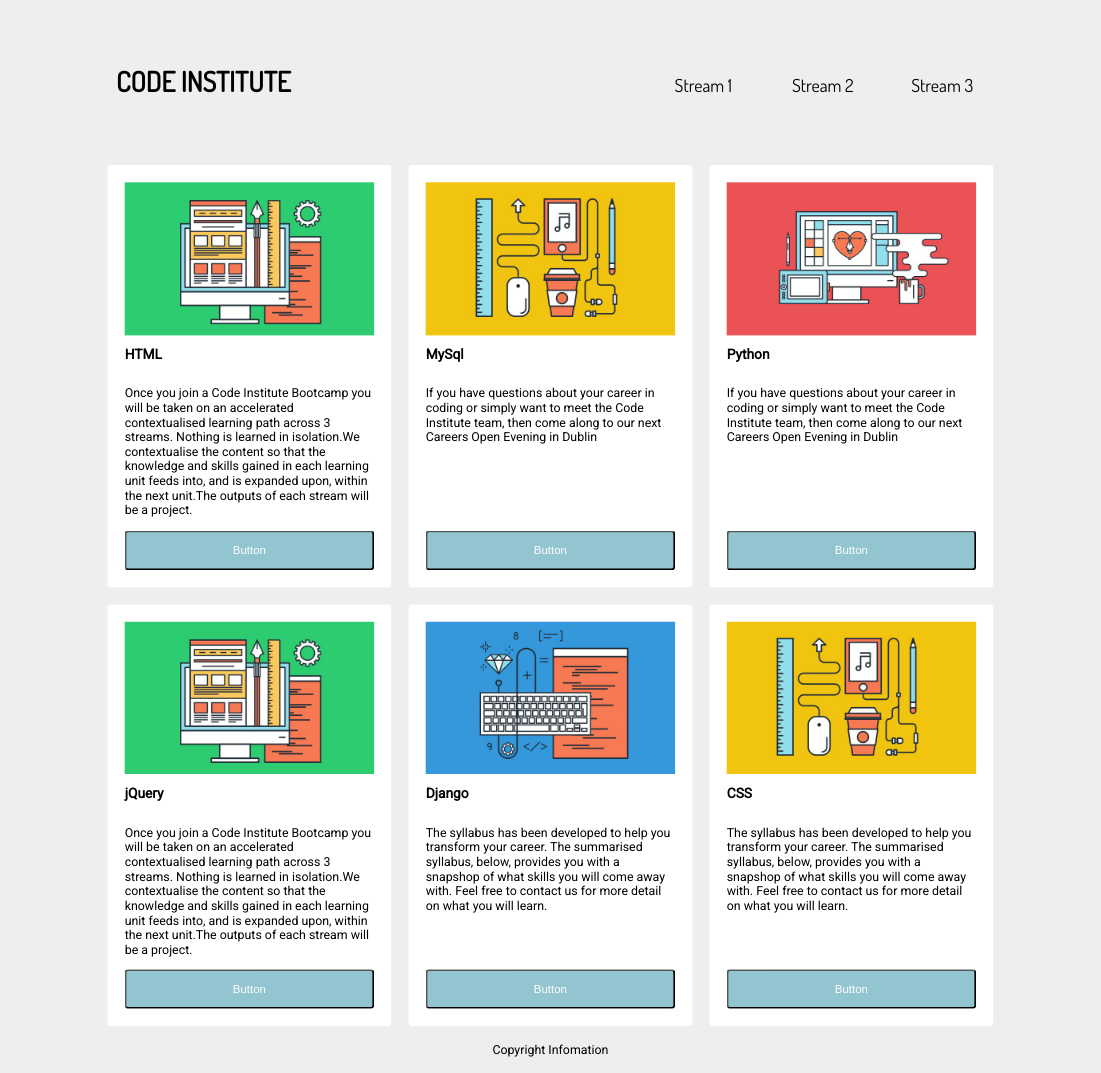
Repository: LivHed/jquery-events
Page: Cards-jquery.html
The author's editor kept a record of every edit. The page is drawn from the files as they stood at one moment, then again after the next edit.
The browser window is 1280 px wide. The pictures show the whole page, at 86% of full size.
Some web libraries are served in a nearby version.

Above is the page before.
Console error: SyntaxError: Unexpected token '*'

### Cards-jquery.html
<!doctype html>
<html>
<head>
	<meta charset="utf-8" />
	<meta name="viewport" content="width=device-width, initial-scale=1">
	<title>jQuery</title>
	<link href="css/style.css" rel="stylesheet">
	<link href='https://fonts.googleapis.com/css?family=Roboto' rel='stylesheet' type='text/css'>
	<link href='https://fonts.googleapis.com/css?family=Dosis' rel='stylesheet' type='text/css'>
</head>
<body>
	<div id="container">
		<nav>
			<ul>
				<li id="logoNav">CODE INSTITUTE</li>
				<li id="stream1_btn">Stream 1</li>
				<li id="stream2_btn">Stream 2</li>
				<li id="stream3_btn">Stream 3</li>
			</ul>
		</nav>
		<div class="card stream1">
			<img class="card_image"src="img/3.png">
			<div class="card_bottom">
				<h2 id="hr_html"class="card_head" >HTML</h2>
				<p class="card_para" id="paragraph1">Once you join a Code Institute Bootcamp you will be taken on an accelerated contextualised learning path across 3 streams. Nothing is learned in isolation.We contextualise the content so that the knowledge and skills gained in each learning unit feeds into, and is expanded upon, within the next unit.The outputs of each stream will be a project.
				</p>
				<button class="bottom_button" id="effect_button1">Button</button>
			</div>
		</div>
		<div class="card stream3">
			<img class="card_image "src="img/1.png">
			<h2  id="hr_mysql"class="card_head">MySql</h2>
			<p class="card_para" id="paragraph2">If you have questions about your career in coding or simply want to meet the Code Institute team, then come along to our next Careers Open Evening in Dublin</p>
			<button class="bottom_button" id="effect_button2">Button</button>
		</div>

		<div class="card stream2">
			<img class="card_image "src="img/2.png">
			<h2 id="hr_python" class="card_head">Python</h2>
			<p class="card_para" id="paragraph3">If you have questions about your career in coding or simply want to meet the Code Institute team, then come along to our next Careers Open Evening in Dublin</p>
			<button class="bottom_button" id="effect_button3">Button</button>
		</div>
		<div class="card stream1">
			<img class="card_image"src="img/3.png">
			<div class="card_bottom">
				<h2 id="hr_jquery" class="card_head">jQuery</h2>
				<p class="card_para" id="paragraph4">Once you join a Code Institute Bootcamp you will be taken on an accelerated contextualised learning path across 3 streams. Nothing is learned in isolation.We contextualise the content so that the knowledge and skills gained in each learning unit feeds into, and is expanded upon, within the next unit.The outputs of each stream will be a project. </p>
				<button class="bottom_button" id="effect_button4">Button</button>
			</div>
		</div>
		<div class="card stream3">
			<img class="card_image"src="img/4.png">
			<h2 id="hr_django" class="card_head">Django</h2>
			<p class="card_para" id="paragraph5">The syllabus has been developed to help you transform your career. The summarised syllabus, below, provides you with a snapshop of what skills you will come away with. Feel free to contact us for more detail on what you will learn.</p>
			<button class="bottom_button" id="effect_button5">Button</button>
		</div>
		<div class="card stream1">
			<img class="card_image"src="img/1.png">
			<h2 id="hr_css"class="card_head">CSS</h2>
			<p class="card_para">The syllabus has been developed to help you transform your career. The summarised syllabus, below, provides you with a snapshop of what skills you will come away with. Feel free to contact us for more detail on what you will learn.</p>
			<button class="bottom_button" id="effect_button6">Button</button>
		</div>
		<div id="my_footer">
			<p id="copyright">Copyright Infomation</p>
		</div>
	</div>
	<script
	src="https://code.jquery.com/jquery-3.2.1.js"
	integrity="sha256-DZAnKJ/6XZ9si04Hgrsxu/8s717jcIzLy3oi35EouyE="
	crossorigin="anonymous"></script>

	<script src="script.js"></script> <!-- Scripts located at the bottom of the body to insure page is fully loaded before execution -->

</body>
</html>

### style.css
body{
	font-family: 'Roboto', sans-serif;
	/*background-image: url(img/code-institute.jpg);
 	background-size: cover;
 	color: #ffffff;*/
 	background-color: #eee;
}

h1{
	font-size: 3em;
	text-align: center;
}
h2{
	font-size: 1em;
	text-align: left;
}
p{
	font-size: .9rem;
}

div{
	border-radius: 4px;
}

.card_image{
	width: 100%;
}
.bottom_button{
	display: flex;
	box-sizing:border-box;
	border-radius: 4px;
	display: block;
	width: 100%;
	background-color:rgba(129, 187, 201,.85);
	text-align: center;
	padding: 1em .75em;
	text-decoration: none;
	color: #fff;

}

.card_bottom{
	display: flex;
	flex-flow:column;
}
.card_head{
	flex:0;
}
.card_para{
	flex:1 0 auto;
}

#container
{
	display: flex;		/* makes container a flexbox*/
	flex-flow: row wrap; 	/* layout the boxes in rows and wrap them*/
	box-sizing:border-box;
	margin-right:auto;
	margin-left:auto;
	max-width:1050px;
}
#logo{
	width: 800px;
	margin: auto;
}

.card{
	flex:1; /* */
	display: flex;	/* make the contents controllable by flexbox*/
	flex-flow:column;	/* */
	min-width: 240px; /**/
	margin: 10px;
	padding: 20px;
	background-color: #fff;
}
.highlight_stream{
	background-color: #EB5255;
}

#my_footer{
	width:100%;
	text-align: center;
}
#copyright{
	margin-top:10px;
	margin-bottom:10px;

}

/*************************
Navigation

**************************/

nav{
	font-family: roboto;
	background-color: #eee;
	margin: 30px auto;
	width: 100%;
}
ul{
	display: flex;
	justify-content:space-between;
	flex-flow: row;
	/*flex-flow: row-reverse;*/
	/*justify-content:flex-end;*/
	/*justify-content:space-around;*/
	/*align-items:flex-start;*/
	align-items:baseline;
	border-radius: 10px;
	list-style-type: none; /*Remove Bullets*/
	padding: 0;
}
li{
	flex:1;
	height: 30px;
	/*width:10%;*/
	/*border:2px solid #000;*/
	/*background-color: #81BBC9;*/
	/*border-radius: 10px;*/
	font-family: Dosis;
	padding:20px 20px 20px 20px;
	text-align: center;
	font-size: 1.3em;
}

#logoNav{
	flex:6;
	text-align: left;
	font-size: 2em;
	font-weight: bold;
}

.underline{
  text-decoration:underline;
}
.border{
  border: solid 5px #ccc;
}


@media screen and (max-width: 700px){
	ul{
		flex-flow: column;
		align-items:center;
	}
	li{
		font-size: 2em;
	}
}

### script.js
//waits until page is loaded first
 $(document).ready(function(){

   //applies colour red to paragraphs when clicked on
    $("p").click(function(){
        $("p").addClass("highlight_text");
    });

    //will add lightblue to h2 elements
    $("h2").hover(function(){
        $("h2").addClass( "h2_color");
    }); */

/*paragraphs hiding when clicking on the button ,and then show when clicking on the button again*/
    $("#effect_button1").on("click", function() {
 		 $('#paragraph1').slideToggle('1000');
   });
    $("#effect_button2").click(function(){
        $('#paragraph2').slideToggle('1000');
    });
    $("#effect_button3").click(function(){
        $('#paragraph3').slideToggle('1000');
    });
    $("#effect_button4").click(function(){
        $('#paragraph4').slideToggle('1000');
    });
    $("#effect_button5").click(function(){
        $('#paragraph5').slideToggle('1000');
    });
    $("#effect_button6").click(function(){
        $('#paragraph6').slideToggle('1000');
    });

/*fadeTo effect when hovering over the button */

     $("#effect_button1").mouseenter(function(){
        $('#effect_button1').fadeTo(1000, 0.5);
    });
    $("#effect_button1").mouseleave(function(){
        $('#effect_button1').fadeTo(1000, 1);
    });

    $("#effect_button2").mouseenter(function(){
        $('#effect_button2').fadeTo(1000, 0.5);
    });
    $("#effect_button2").mouseleave(function(){
        $('#effect_button2').fadeTo(1000, 1);
    });

    $("#effect_button3").mouseenter(function(){
        $('#effect_button3').fadeTo(1000, 0.5);
    });
    $("#effect_button3").mouseleave(function(){
        $('#effect_button3').fadeTo(1000, 1);
    });

    $("#effect_button4").mouseenter(function(){
        $('#effect_button4').fadeTo(1000, 0.5);
    });
    $("#effect_button4").mouseleave(function(){
        $('#effect_button4').fadeTo(1000, 1);
    });

    $("#effect_button5").mouseenter(function(){
        $('#effect_button5').fadeTo(1000, 0.5);
    });
    $("#effect_button5").mouseleave(function(){
        $('#effect_button5').fadeTo(1000, 1);
    });

    $("#effect_button6").mouseenter(function(){
        $('#effect_button6').fadeTo(1000, 0.5);
    });
    $("#effect_button6").mouseleave(function(){
        $('#effect_button6').fadeTo(1000, 1);
    });


    /*
    this will apply larger font size to the active h2 element
    by adding the h2_font_size class but
    not the other h2 elements by removing class h2_font_size from them
    */
    $("#hr_html").hover(function(){
        $("#hr_mysql").removeClass("h2_font_size");
        $("#hr_python").removeClass("h2_font_size");
        $("#hr_jquery").removeClass("h2_font_size");
        $("#hr_django").removeClass("h2_font_size");
        $("#hr_css").removeClass("h2_font_size");
        $("#hr_mysql").removeClass("h2_font_size");
        $("#hr_html").addClass("h2_font_size");
    });

    $("#hr_mysql").hover(function(){
        $("#hr_python").removeClass("h2_font_size");
        $("#hr_jquery").removeClass("h2_font_size");
        $("#hr_django").removeClass("h2_font_size");
        $("#hr_css").removeClass("h2_font_size");
        $("#hr_html").removeClass("h2_font_size");
        $("#hr_mysql").addClass("h2_font_size");
    });

    $("#hr_python").hover(function(){
        $("#hr_mysql").removeClass("h2_font_size");
        $("#hr_jquery").removeClass("h2_font_size");
        $("#hr_django").removeClass("h2_font_size");
        $("#hr_css").removeClass("h2_font_size");
        $("#hr_html").removeClass("h2_font_size");
        $("#hr_python").addClass("h2_font_size");
    });

    $("#hr_jquery").hover(function(){
        $("#hr_mysql").removeClass("h2_font_size");
        $("#hr_python").removeClass("h2_font_size");
        $("#hr_django").removeClass("h2_font_size");
        $("#hr_css").removeClass("h2_font_size");
        $("#hr_html").removeClass("h2_font_size");
        $("#hr_jquery").addClass("h2_font_size");
    });

    $("#hr_django").hover(function(){
        $("#hr_mysql").removeClass("h2_font_size");
        $("#hr_python").removeClass("h2_font_size");
        $("#hr_jquery").removeClass("h2_font_size");
        $("#hr_css").removeClass("h2_font_size");
        $("#hr_html").removeClass("h2_font_size");
        $("#hr_django").addClass("h2_font_size");
    });

    $("#hr_css").hover(function(){
        $("#hr_mysql").removeClass("h2_font_size");
        $("#hr_python").removeClass("h2_font_size");
        $("#hr_jquery").removeClass("h2_font_size");
        $("#hr_django").removeClass("h2_font_size");
        $("#hr_html").removeClass("h2_font_size");
        $("#hr_css").addClass("h2_font_size");
    });

    //applies colour black to body background when mouse enters over buttons
    $(".bottom_button").mouseenter(function(){
        $("body").css( "background-color", "black");
    });

    //applies colour grey to body background when mouse leaves buttons
    $(".bottom_button").mouseleave(function(){
        $("body").css( "background-color", "#eee");
    });
    */

    $(".stream-nav").on("click", function() {
    // A selector to match all cards in all streams
    var allStreamsCardsSelector = ".card";
    // A selector to match just this stream's cards
    // for this, we use the class with the name of the stream,
    // which is the same as this nav link's id and then the "-card" suffix.
    var thisStreamCardsSelector = "." + this.id + "-card";

    // First remove the highlight from all of the cards
    $(allStreamsCardsSelector).removeClass("card-highlight");
    // Then apply the highlight to just this stream's cards
    $(thisStreamCardsSelector).addClass("card-highlight");
});

 });

After the next edit:
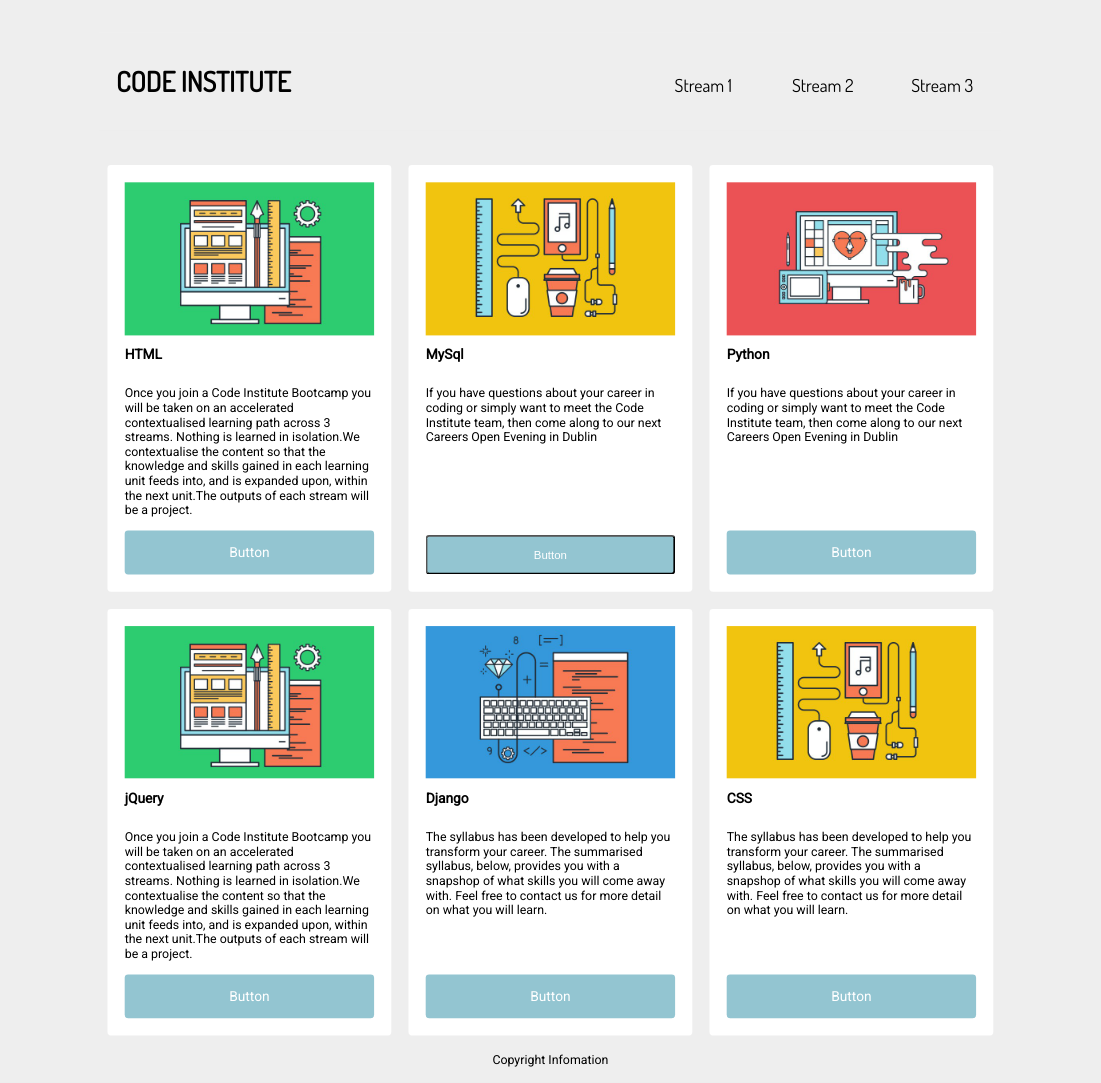
The edit:
--- a/Cards-jquery.html
+++ b/Cards-jquery.html
@@ -9,7 +9,7 @@
 	<link href='https://fonts.googleapis.com/css?family=Dosis' rel='stylesheet' type='text/css'>
 </head>
 <body>
-	<div id="container">
+<div id="container">
 		<nav>
 			<ul>
 				<li id="logoNav">CODE INSTITUTE</li>
@@ -19,46 +19,45 @@
 			</ul>
 		</nav>
 		<div class="card stream1">
-			<img class="card_image"src="img/3.png">
+			<img class="card_image" src="img/3.png" alt="coding icon">
 			<div class="card_bottom">
-				<h2 id="hr_html"class="card_head" >HTML</h2>
-				<p class="card_para" id="paragraph1">Once you join a Code Institute Bootcamp you will be taken on an accelerated contextualised learning path across 3 streams. Nothing is learned in isolation.We contextualise the content so that the knowledge and skills gained in each learning unit feeds into, and is expanded upon, within the next unit.The outputs of each stream will be a project.
-				</p>
-				<button class="bottom_button" id="effect_button1">Button</button>
+				<h2 class="card_head">HTML</h2>
+				<p class="card_para">Once you join a Code Institute Bootcamp you will be taken on an accelerated contextualised learning path across 3 streams. Nothing is learned in isolation.We contextualise the content so that the knowledge and skills gained in each learning unit feeds into, and is expanded upon, within the next unit.The outputs of each stream will be a project. </p>
+				<a href="" class="bottom_button">Button</a>
 			</div>
 		</div>
 		<div class="card stream3">
-			<img class="card_image "src="img/1.png">
-			<h2  id="hr_mysql"class="card_head">MySql</h2>
-			<p class="card_para" id="paragraph2">If you have questions about your career in coding or simply want to meet the Code Institute team, then come along to our next Careers Open Evening in Dublin</p>
-			<button class="bottom_button" id="effect_button2">Button</button>
+			<img class="card_image" src="img/1.png" alt="coding icon">
+			<h2 class="card_head">MySql</h2>
+			<p class="card_para">If you have questions about your career in coding or simply want to meet the Code Institute team, then come along to our next Careers Open Evening in Dublin</p>
+			<button class="bottom_button">Button</button>
 		</div>
 
 		<div class="card stream2">
-			<img class="card_image "src="img/2.png">
-			<h2 id="hr_python" class="card_head">Python</h2>
-			<p class="card_para" id="paragraph3">If you have questions about your career in coding or simply want to meet the Code Institute team, then come along to our next Careers Open Evening in Dublin</p>
-			<button class="bottom_button" id="effect_button3">Button</button>
+			<img class="card_image" src="img/2.png" alt="coding icon">
+			<h2 class="card_head">Python</h2>
+			<p class="card_para">If you have questions about your career in coding or simply want to meet the Code Institute team, then come along to our next Careers Open Evening in Dublin</p>
+			<a href="" class="bottom_button">Button</a>
 		</div>
 		<div class="card stream1">
-			<img class="card_image"src="img/3.png">
+			<img class="card_image" src="img/3.png" alt="coding icon">
 			<div class="card_bottom">
-				<h2 id="hr_jquery" class="card_head">jQuery</h2>
-				<p class="card_para" id="paragraph4">Once you join a Code Institute Bootcamp you will be taken on an accelerated contextualised learning path across 3 streams. Nothing is learned in isolation.We contextualise the content so that the knowledge and skills gained in each learning unit feeds into, and is expanded upon, within the next unit.The outputs of each stream will be a project. </p>
-				<button class="bottom_button" id="effect_button4">Button</button>
+				<h2 class="card_head">jQuery</h2>
+				<p class="card_para">Once you join a Code Institute Bootcamp you will be taken on an accelerated contextualised learning path across 3 streams. Nothing is learned in isolation.We contextualise the content so that the knowledge and skills gained in each learning unit feeds into, and is expanded upon, within the next unit.The outputs of each stream will be a project. </p>
+				<a href="" class="bottom_button">Button</a>
 			</div>
 		</div>
 		<div class="card stream3">
-			<img class="card_image"src="img/4.png">
-			<h2 id="hr_django" class="card_head">Django</h2>
-			<p class="card_para" id="paragraph5">The syllabus has been developed to help you transform your career. The summarised syllabus, below, provides you with a snapshop of what skills you will come away with. Feel free to contact us for more detail on what you will learn.</p>
-			<button class="bottom_button" id="effect_button5">Button</button>
+			<img class="card_image" src="img/4.png" alt="coding icon">
+			<h2 class="card_head">Django</h2>
+			<p class="card_para">The syllabus has been developed to help you transform your career. The summarised syllabus, below, provides you with a snapshop of what skills you will come away with. Feel free to contact us for more detail on what you will learn.</p>
+			<a href="" class="bottom_button">Button</a>
 		</div>
 		<div class="card stream1">
-			<img class="card_image"src="img/1.png">
-			<h2 id="hr_css"class="card_head">CSS</h2>
+			<img class="card_image" src="img/1.png" alt="coding icon">
+			<h2 class="card_head">CSS</h2>
 			<p class="card_para">The syllabus has been developed to help you transform your career. The summarised syllabus, below, provides you with a snapshop of what skills you will come away with. Feel free to contact us for more detail on what you will learn.</p>
-			<button class="bottom_button" id="effect_button6">Button</button>
+			<a href="" class="bottom_button">Button</a>
 		</div>
 		<div id="my_footer">
 			<p id="copyright">Copyright Infomation</p>
